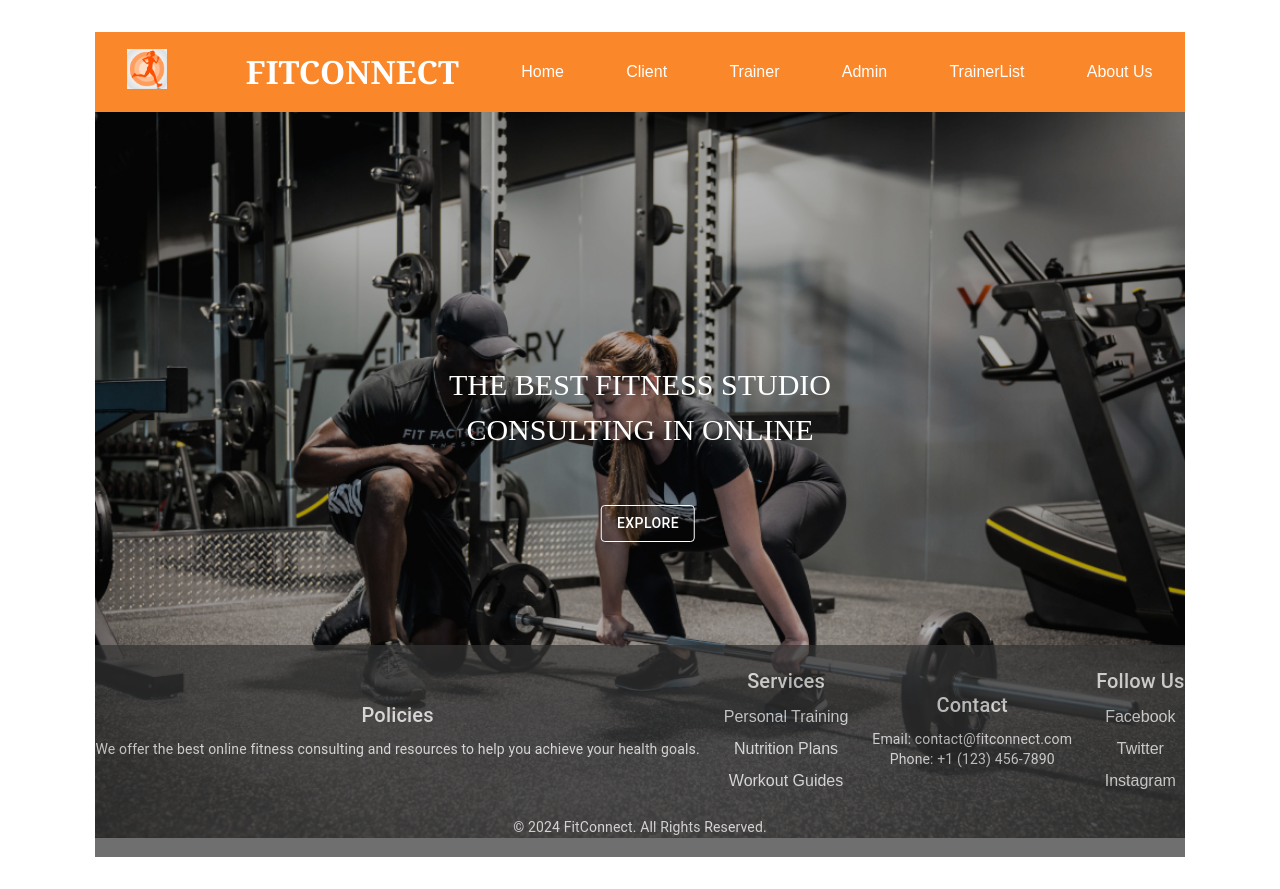
Repository: sarathraj2002/fitconnect
Page: / (app in Frontend/)
These files come from the project's save history. The page is drawn as it stood at one moment and after a run of saves; the edit follows.
The browser window is 1280 px wide. The pictures show the whole page.
The project was rebuilt for these pictures with package versions that can differ from the ones it lists, and the page was loaded fresh each time. Also part of the build but not shown: Frontend/vite.config.js, Frontend/src/components/ClientPage.jsx, Frontend/src/components/TrainerPage.jsx, Frontend/src/components/AdminPage.css, Frontend/src/components/AdminPage.jsx, Frontend/src/components/TrainerListPage.jsx, Frontend/src/components/AboutUs.jsx, Frontend/src/components/ClientRegister.css and 5 more.

Above is the page before, as saved 2024-11-17 22:41:35.

After the next 3 saves:
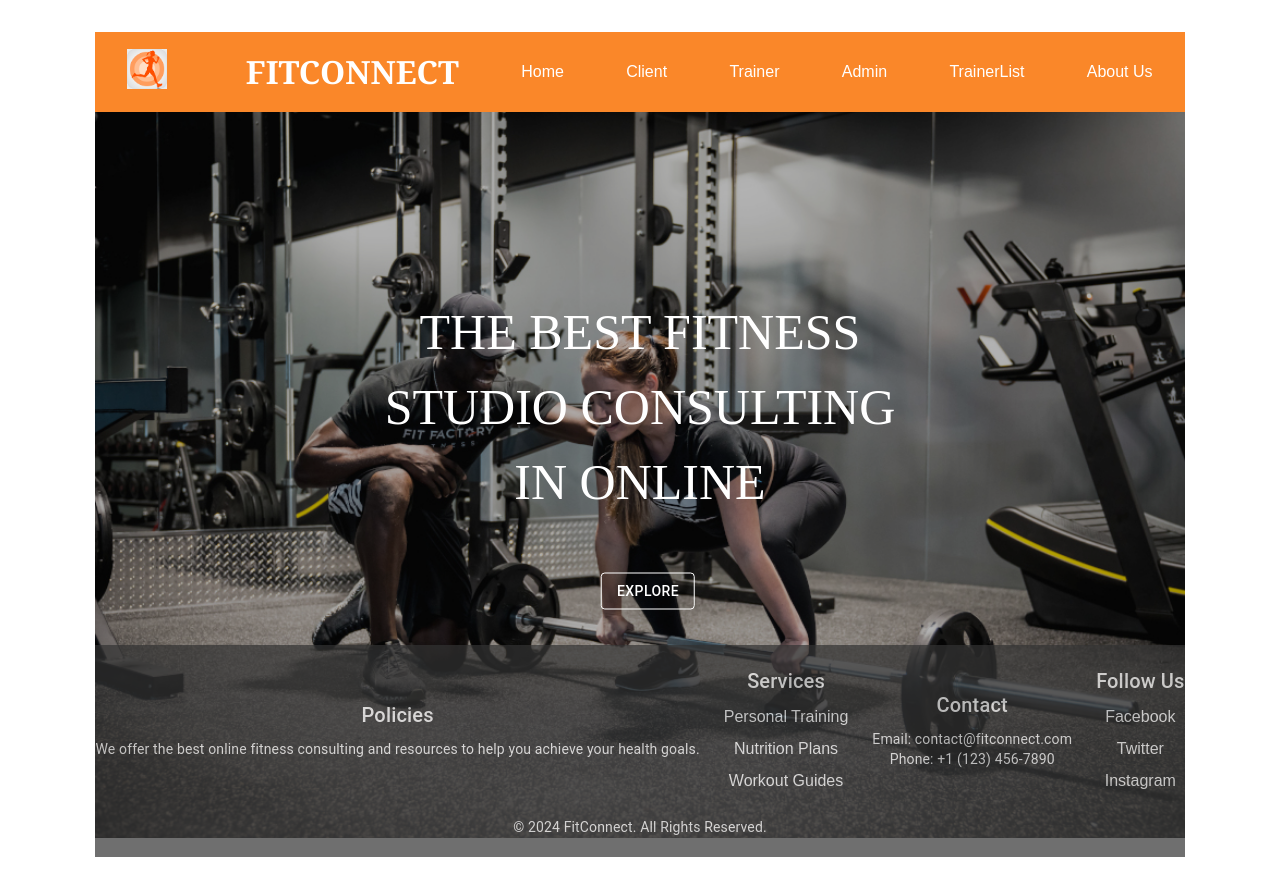
The 3 saves are shown as one change because they came seconds apart.
The last was saved 10 s later.
--- a/Frontend/src/components/Home.jsx
+++ b/Frontend/src/components/Home.jsx
@@ -27,7 +27,7 @@ const Home = () => {
         left: '50%',
         transform: 'translate(-50%, -50%)',
         color: 'white',
-        fontSize: '30px',
+        fontSize: '50px',
 
         fontFamily:'fantasy'
       }}
